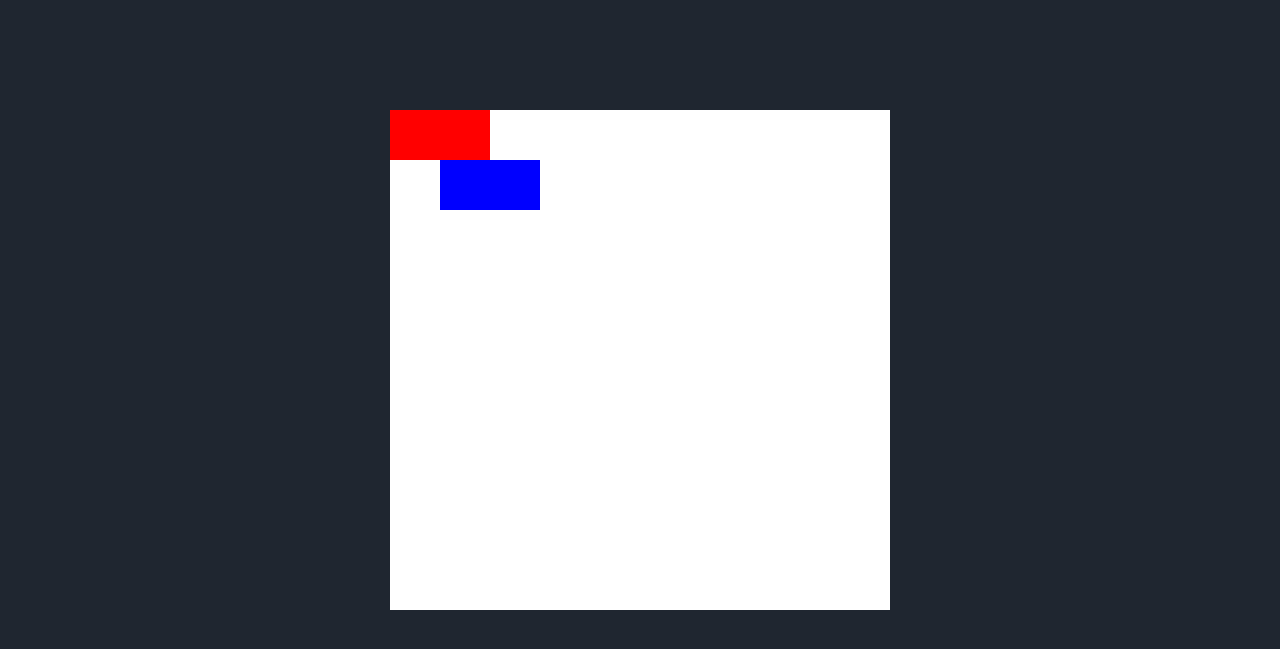
Repository: thecodeholic/cst-javascript-course
Page: /
These files come from the project's save history. The page is drawn as it stood at one moment and after the next save; the edit follows.
The browser window is 1280 px wide. The pictures show the whole page.
The project was rebuilt for these pictures with package versions that can differ from the ones it lists, and the page was loaded fresh each time.

Above is the page before, as saved 2020-11-25 10:39:01.

### index.html
<!doctype html>
<html lang="en">
  <head>
    <!-- Required meta tags -->
    <meta charset="utf-8">
    <meta name="viewport" content="width=device-width, initial-scale=1, shrink-to-fit=no">

    <!-- Bootstrap CSS -->
    <link rel="stylesheet" href="https://stackpath.bootstrapcdn.com/bootstrap/4.5.2/css/bootstrap.min.css" integrity="sha384-JcKb8q3iqJ61gNV9KGb8thSsNjpSL0n8PARn9HuZOnIxN0hoP+VmmDGMN5t9UJ0Z" crossorigin="anonymous">

    <title>Javascript Course</title>

    <link rel="stylesheet" href="app.css">
  </head>
  <body>
    <canvas id="myCanvas" width="500" height="500">Your browser does not support canvas</canvas>
    <script src="app.js"></script>
    <!-- <script src="homework.js"></script> -->
  </body>
</html>

### app.css
* {
    box-sizing: border-box;
}
html {
    height: 100%;
}

body {
    background-color: rgb(31, 38, 48);
    display: flex;
    align-items: center;
    justify-content: center;
    height: 100%;;
}

canvas {
    background-color: #FFF;

}

### app.js
// What is canvas?
// https://developer.mozilla.org/en-US/docs/Web/API/Canvas_API/Tutorial
// https://www.w3schools.com/html/html5_canvas.asp
// https://www.w3schools.com/graphics/canvas_intro.asp
// https://www.w3schools.com/graphics/canvas_reference.asp
// https://developer.mozilla.org/en-US/docs/Web/API/Canvas_API

// How to create it and use it
const canvas = document.getElementById('myCanvas');
const ctx = canvas.getContext('2d');

// Draw rectangles
// =================
// fillRect
ctx.fillStyle = 'blue';
ctx.fillRect(50, 50, 100, 50);

ctx.fillStyle = 'red';
ctx.fillRect(0, 0, 100, 50);

function degToRad(deg) {
    return (Math.PI/180) * deg;
}

// // strokeRect
// ctx.strokeStyle = 'green';
// ctx.lineWidth = 4;
// ctx.strokeRect(200, 50, 100, 50);

// // clearRect
// ctx.clearRect(55, 55, 90, 40);

// // fillText
// ctx.font = '36px Arial';
// ctx.fillStyle = 'purple';
// ctx.fillText("Hello World", 200, 200)

// // strokeText
// ctx.lineWidth = 1;
// ctx.strokeText("Hello World", 200, 250);

// // Paths   beginPath, moveTo, lineTo, closePath, stroke, fill
// // ==============
// ctx.beginPath();
// ctx.moveTo(200, 300);
// ctx.lineTo(300, 300);
// ctx.lineTo(300, 400);
// ctx.closePath();
// ctx.stroke();

// // Arcs
// // ====================
// ctx.beginPath();
// ctx.lineWidth = 4;
// ctx.arc(100, 300, 50, 0, 2 * Math.PI);
// ctx.stroke();

// ctx.beginPath();
// ctx.moveTo(75, 25);
// ctx.quadraticCurveTo(25, 25, 25, 62.5);
// ctx.quadraticCurveTo(25, 100, 50, 100);
// ctx.quadraticCurveTo(50, 120, 30, 125);
// ctx.quadraticCurveTo(60, 120, 65, 100);
// ctx.quadraticCurveTo(125, 100, 125, 62.5);
// ctx.quadraticCurveTo(125, 25, 75, 25);
// ctx.stroke();

// Draw image
// ====================
// const image = new Image();
// image.src = 'char.png';
// image.onload = function() {
//     canvas.width = 100;
//     canvas.height = 100;
//     ctx.drawImage(image, 0, 0);
//     const data = ctx.getImageData(130, 130, 30, 30);
//     console.log(data);
//     ctx.putImageData(data, 200, 200);
// }

// Write text
// ====================

// Ball animation
// const ball = {
//     x: 100,
//     y: 100,
//     r: 20,
//     dx: 0,
//     dy: 0
// };


// function clear(){
//     ctx.clearRect(0, 0, canvas.width, canvas.height)
// }

// function drawBall() {
//     clear();
//     ctx.beginPath();

//     if (ball.x + ball.r >= canvas.width || ball.x - ball.r <= 0) {
//         ball.dx *= -1;
//     }
//     if (ball.y + ball.r >= canvas.height || ball.y - ball.r <= 0) {
//         ball.dy *= -1;
//     }

//     ctx.arc(ball.x, ball.y, ball.r, 0, 2 * Math.PI);
//     ctx.fillStyle = 'green'
//     ctx.fill();

//     ball.x += ball.dx;
//     ball.y += ball.dy;
// }

// function update() {
//     drawBall();

//     requestAnimationFrame(update);
// }

// document.addEventListener('keydown', function(ev) {
//     console.log(ev);
//     if (ev.key === 'ArrowRight') {
//         ball.dx = 3;
//     } else if (ev.key === 'ArrowLeft') {
//         ball.dx = -3;
//     } else if (ev.key === 'ArrowUp') {
//         ball.dy = -3;
//     } else if (ev.key === 'ArrowDown') {
//         ball.dy = 3;
//     }

// });

// document.addEventListener('keyup', function() {
//     ball.dx = 0;
//     ball.dy = 0;
// })

// update();

Loaded but not shown: src/index.js (no copy from this time; the picture is the same without it)

After the next save:
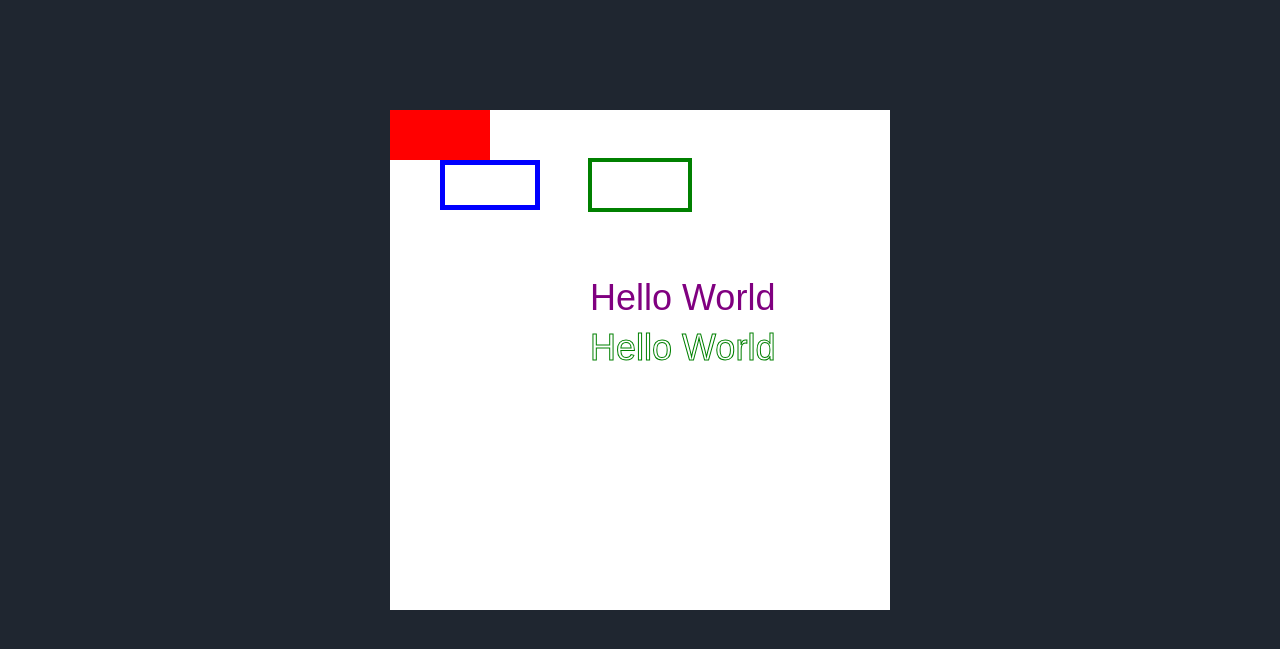
Saved 9 s later.
--- a/app.js
+++ b/app.js
@@ -22,22 +22,22 @@ function degToRad(deg) {
     return (Math.PI/180) * deg;
 }
 
-// // strokeRect
-// ctx.strokeStyle = 'green';
-// ctx.lineWidth = 4;
-// ctx.strokeRect(200, 50, 100, 50);
+// strokeRect
+ctx.strokeStyle = 'green';
+ctx.lineWidth = 4;
+ctx.strokeRect(200, 50, 100, 50);
 
-// // clearRect
-// ctx.clearRect(55, 55, 90, 40);
+// clearRect
+ctx.clearRect(55, 55, 90, 40);
 
-// // fillText
-// ctx.font = '36px Arial';
-// ctx.fillStyle = 'purple';
-// ctx.fillText("Hello World", 200, 200)
+// fillText
+ctx.font = '36px Arial';
+ctx.fillStyle = 'purple';
+ctx.fillText("Hello World", 200, 200)
 
-// // strokeText
-// ctx.lineWidth = 1;
-// ctx.strokeText("Hello World", 200, 250);
+// strokeText
+ctx.lineWidth = 1;
+ctx.strokeText("Hello World", 200, 250);
 
 // // Paths   beginPath, moveTo, lineTo, closePath, stroke, fill
 // // ==============
